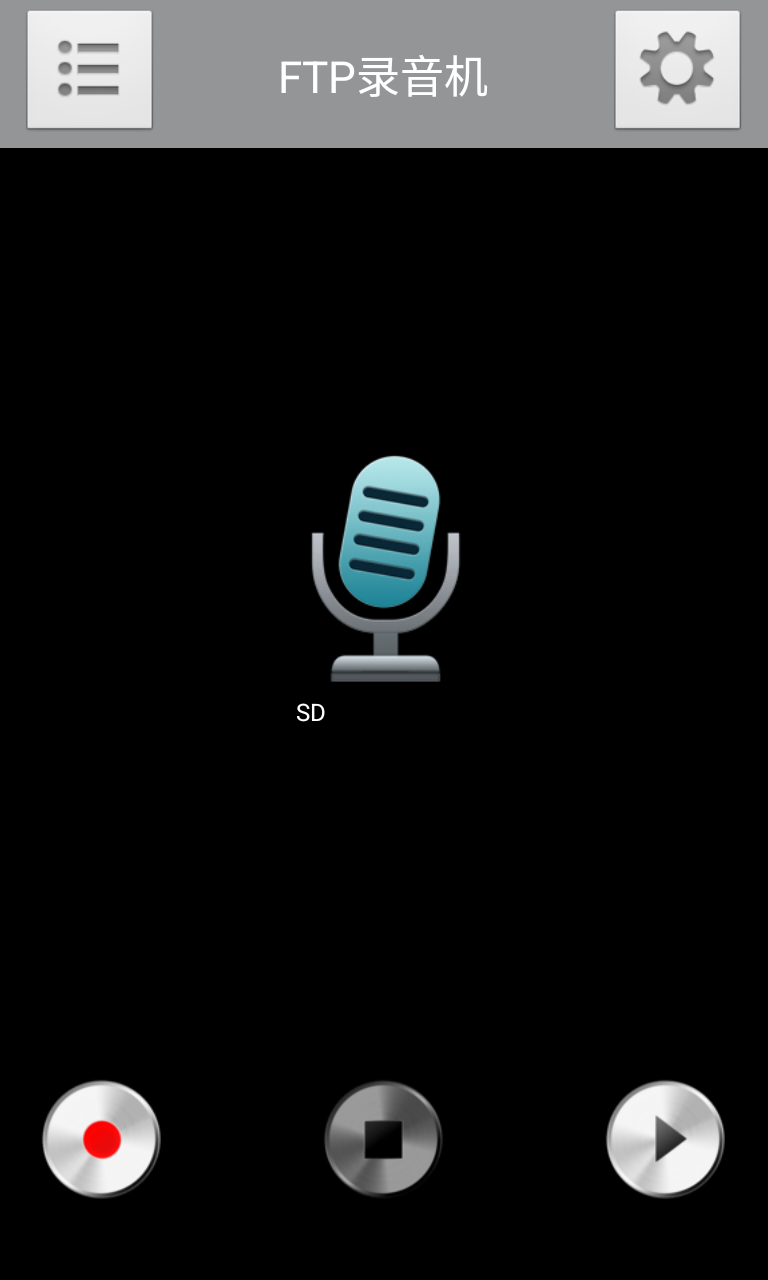
Repository: stone-jin/WAVRecoder
Layout: WAVRecoder2/res/layout/main.xml
An editor plug-in stored every save of this project. The layout is shown before and after the next save, followed by the edit.
It is drawn on a 768 x 1280 px phone screen (xhdpi) without system bars, with theme Anim_style2; the app's code is not run.

Above is the layout before, as saved 2014-05-07 03:31:09.

After the next save:
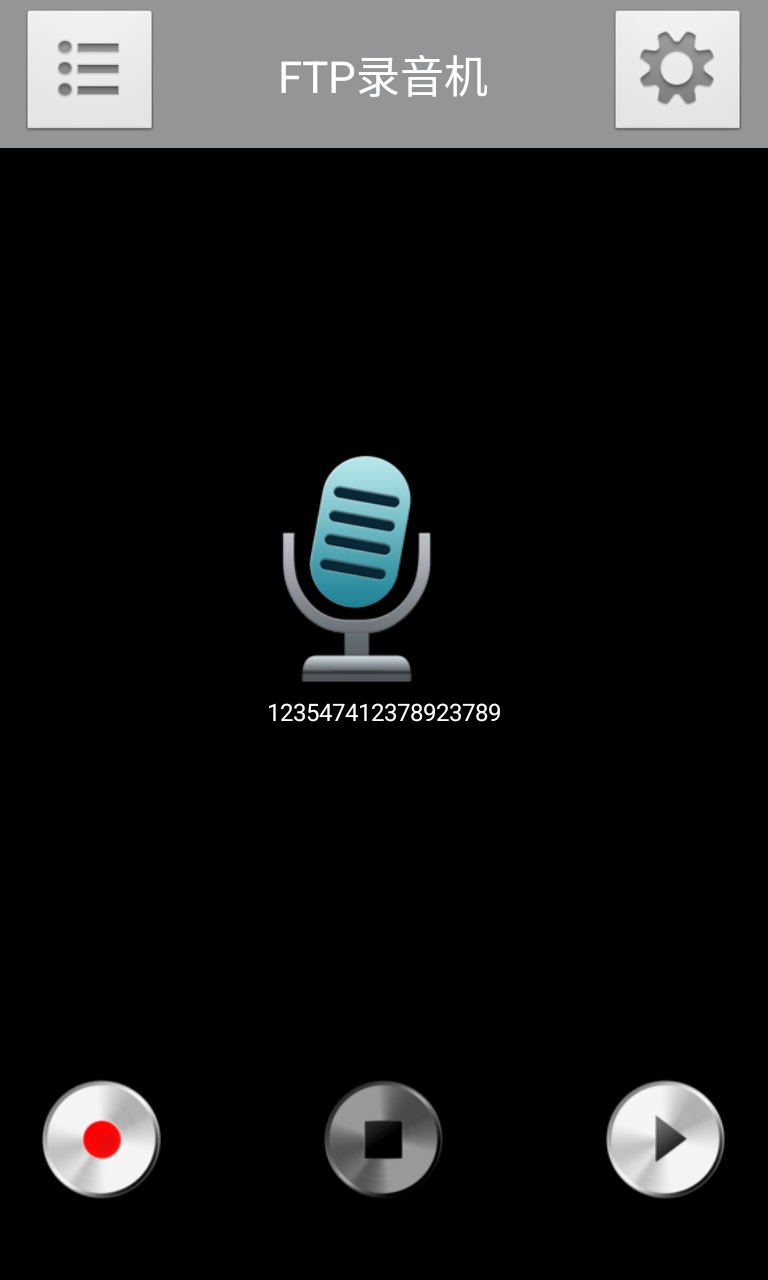
Saved 13 s later.
--- a/WAVRecoder2/res/layout/main.xml
+++ b/WAVRecoder2/res/layout/main.xml
@@ -23,7 +23,7 @@
 	    <TextView
 	        android:layout_width="wrap_content"
 	        android:layout_height="wrap_content"
-	        android:text="SD"
+	        android:text="123547412378923789"
 	        android:textSize="12sp"
 	        android:textColor="#ffffff"
 	        android:layout_below="@id/main_imageview"
